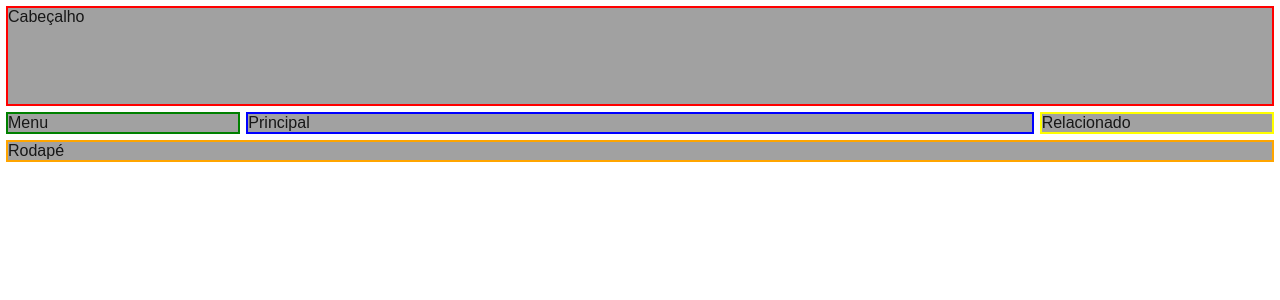
Repository: AleOi3/htmlTemplate
Page: /temp_one
An editor plug-in stored every save of this project. The page is shown before and after the next save, followed by the edit.
The browser window is 1280 px wide. The pictures show the whole page.
The project was rebuilt for these pictures with package versions that can differ from the ones it lists, and the page was loaded fresh each time. The framework's server and built-in components were replaced by stand-ins that run in the browser. Also part of the build but not shown: next.config.ts.

Above is the page before, as saved 2024-12-09 00:37:14.

### src/app/temp_one/page.tsx
const TemplateOnePage = () => {
    return <div style={{display:"flex", flexWrap: 'wrap'}}>
        <header style={{
            border: '2px solid red',
            margin: 3,
            display: 'flex',
            flex: '1 1 100vw',
            height: 100,
            background: '#a1a1a1'
        }}>
            Cabeçalho
        </header>
        <nav style={{
            border: '2px solid green',
            margin: 3,
            display: 'flex',
            flex: '1 1 200px',
            background: '#a1a1a1'

        }}>Menu</nav>
        <main style={{
            border: '2px solid blue',
            margin: 3,
            display: 'flex',
            flex: '20 1 100px',
            background: '#a1a1a1'

        }}>Principal</main>
        <aside style={{
            border: '2px solid yellow',
            margin: 3,
            display: 'flex',
            flex: '1 1 200px',
            background: '#a1a1a1'

        }}>Relacionado</aside>
        <footer style={{
            border: '2px solid orange',
            margin: 3,
            display: 'flex',
            flex: '1 1 100vw',
            background: '#a1a1a1'


        }}>Rodapé</footer>

    </div>
}

export default TemplateOnePage;

### src/app/globals.css
:root {
  --background: #ffffff;
  --foreground: #171717;
}

@media (prefers-color-scheme: dark) {
  :root {
    --background: #0a0a0a;
    --foreground: #ededed;
  }
}

html,
body {
  max-width: 100vw;
  overflow-x: hidden;
}

body {
  color: var(--foreground);
  background: var(--background);
  font-family: Arial, Helvetica, sans-serif;
  -webkit-font-smoothing: antialiased;
  -moz-osx-font-smoothing: grayscale;
  margin: 3px;
  flex: 1 1 100vw;
}

* {
  box-sizing: border-box;
  padding: 0;
  margin: 0;
}

a {
  color: inherit;
  text-decoration: none;
}

@media (prefers-color-scheme: dark) {
  html {
    color-scheme: dark;
  }
}

Loaded but not shown: src/app/layout.tsx (common file)

After the next save:
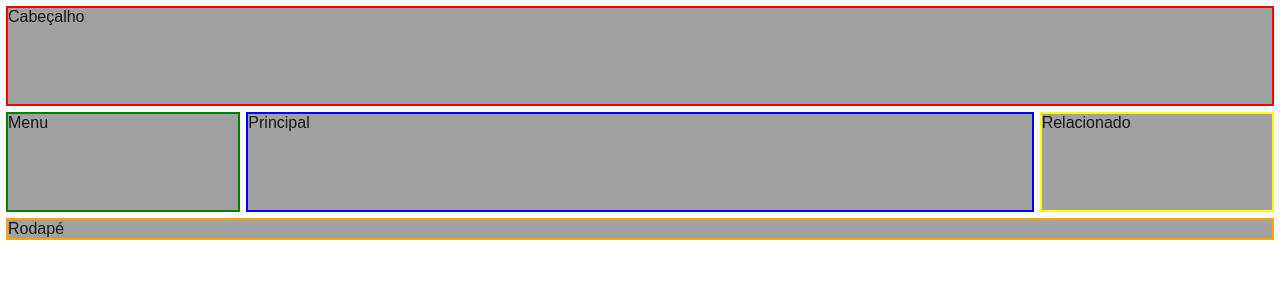
Saved 8 s later.
--- a/src/app/temp_one/page.tsx
+++ b/src/app/temp_one/page.tsx
@@ -13,6 +13,7 @@ const TemplateOnePage = () => {
         <nav style={{
             border: '2px solid green',
             margin: 3,
+            height: 100,
             display: 'flex',
             flex: '1 1 200px',
             background: '#a1a1a1'
